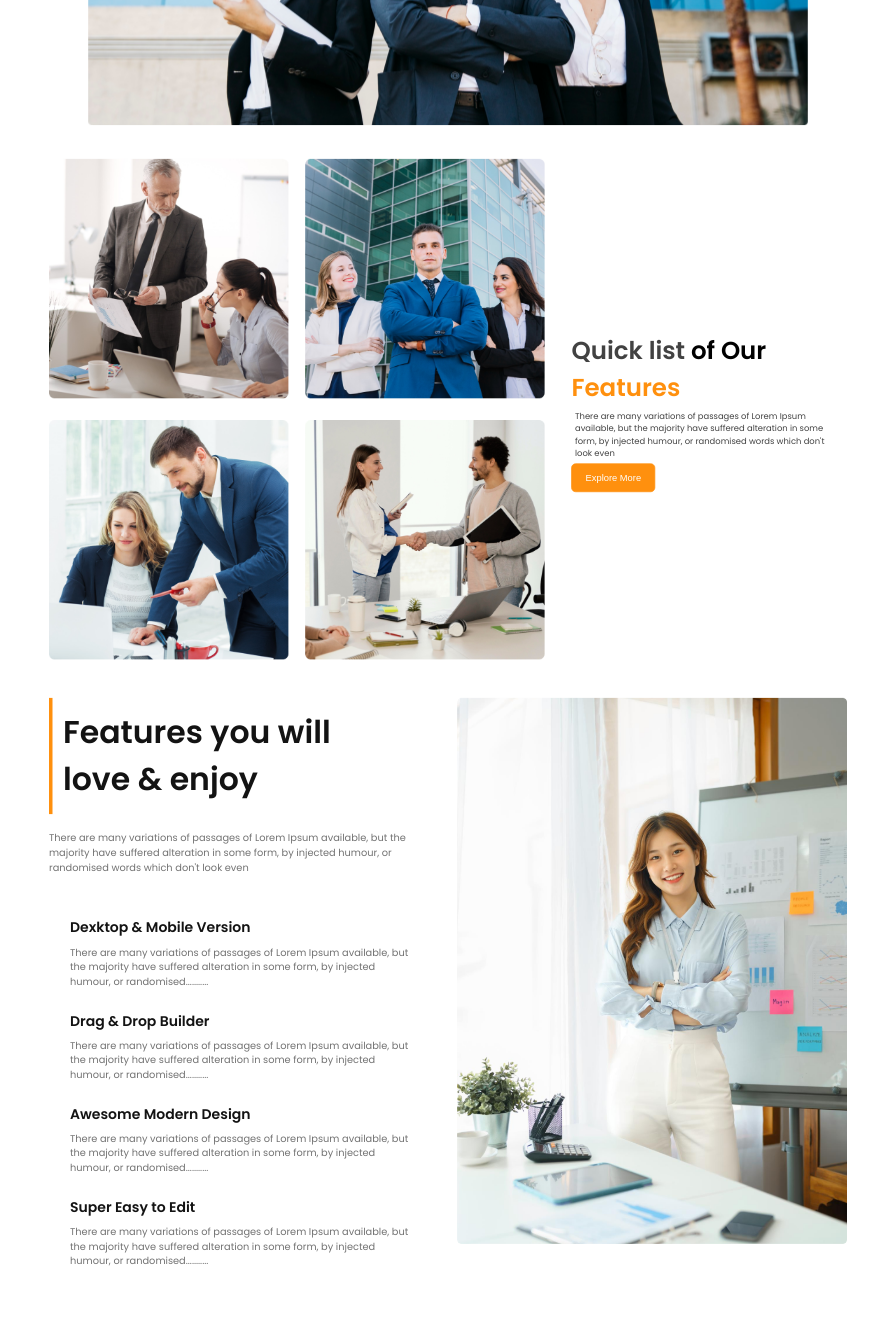
Repository: mdrubel02/G3_Architects
Page: index.html
An editor plug-in stored every save of this project. The page is shown before and after the next save, followed by the edit.
The browser window is 1280 px wide. The pictures show the part of the page from y = 750 to 2670 px (the page is 2670 px tall), at 70% of full size.

Above is the page before, as saved 2023-01-15 10:10:13.

After the next save:
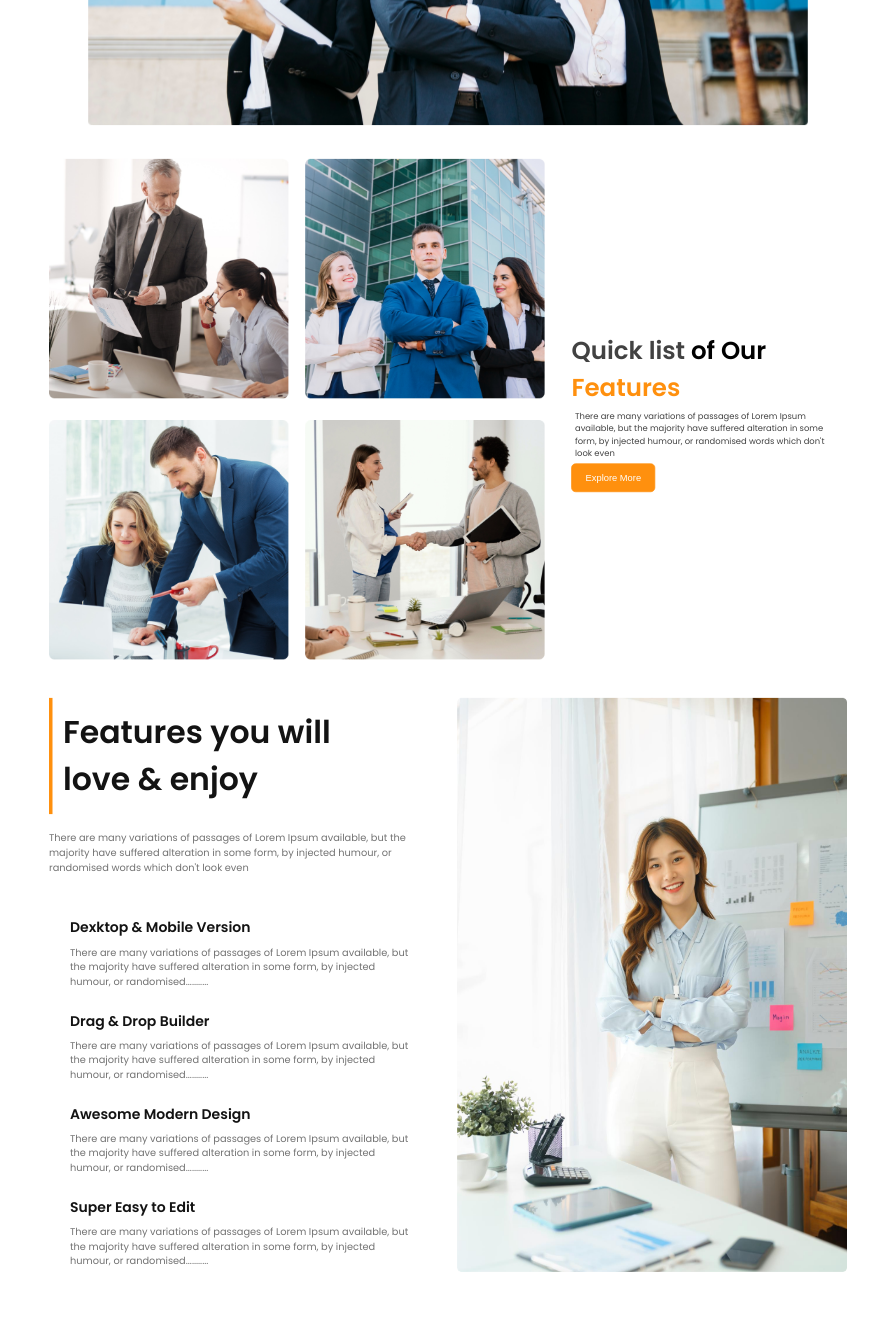
Saved 29 s later.
--- a/style.css
+++ b/style.css
@@ -202,5 +202,5 @@
 }
 .features_destiny_right img{
     width: 557px;
-    height: 780px;
-}
+    height: 820px;
+}
